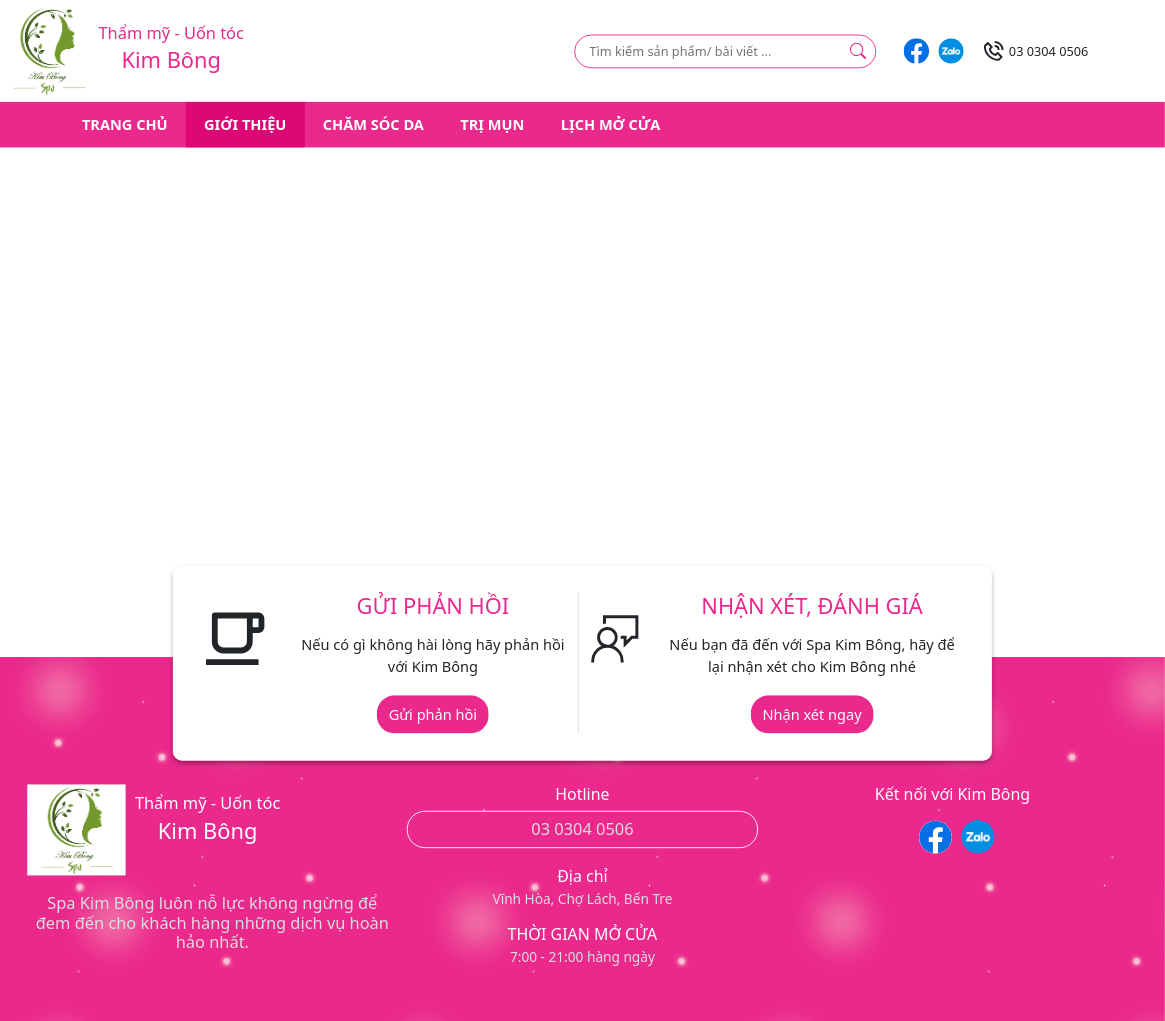
Repository: tranduykhuong/SpaKimBong
Page: /about
These files come from the project's save history. The page is drawn as it stood at one moment and after the next save; the edit follows.
The browser window is 1280 px wide. The pictures show the whole page, at 91% of full size.
The project was rebuilt for these pictures with package versions that can differ from the ones it lists, and the page was loaded fresh each time. Also part of the build but not shown: src/components/Header/Slider/slider.scss, src/components/Header/Slider/Slider.js, src/components/Header/ListImage/listImage.scss, src/components/Header/ListImage/ListImage.js, src/pages/Home/home.scss, src/pages/Home/ListImage/listImage.scss, src/pages/Home/ListImage/ListImage.js, src/pages/Home/BookOnline/bookOnl.scss and 6 more.

Above is the page before, as saved 2022-06-01 00:04:39.

After the next save:
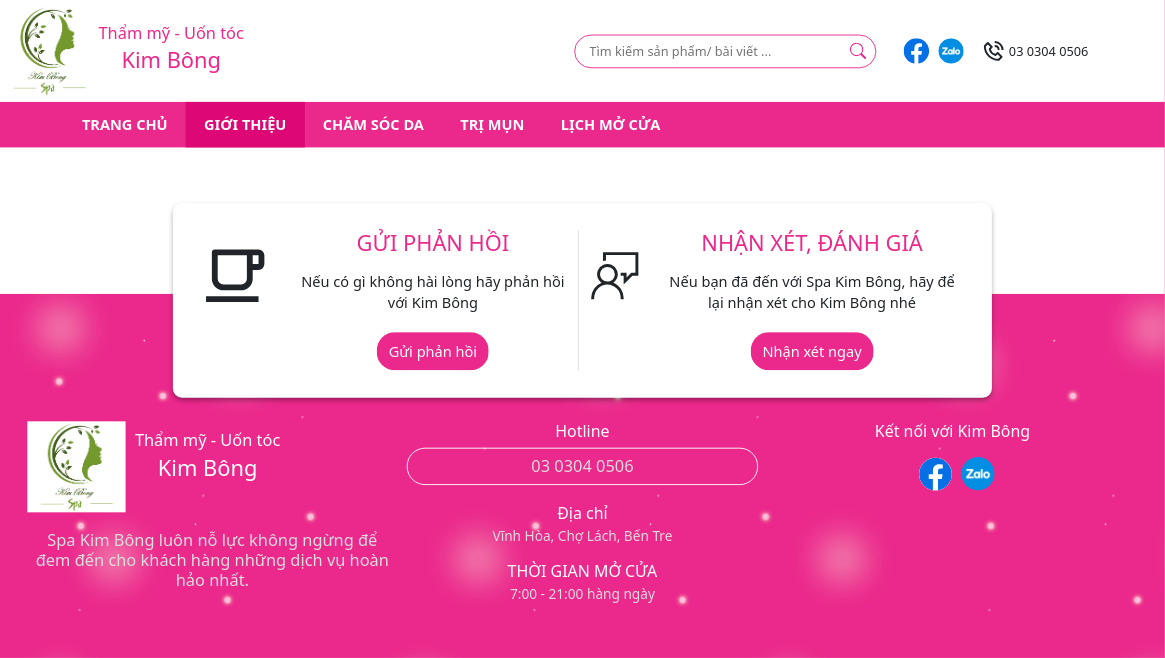
Saved 13 s later.
--- a/src/pages/About/About.js
+++ b/src/pages/About/About.js
@@ -5,7 +5,7 @@ import Footer from "./../../components/Footer/Footer";
 const About = () => {
   return (
     <div>
-      <div className="container">
+      <div className="container1">
         <div className="container-image">
           <img scr="https://i.pinimg.com/originals/2c/84/5a/2c845a66b8ad2a8aafd288bdc16cd459.jpg"></img>
         </div>

After the save that followed:
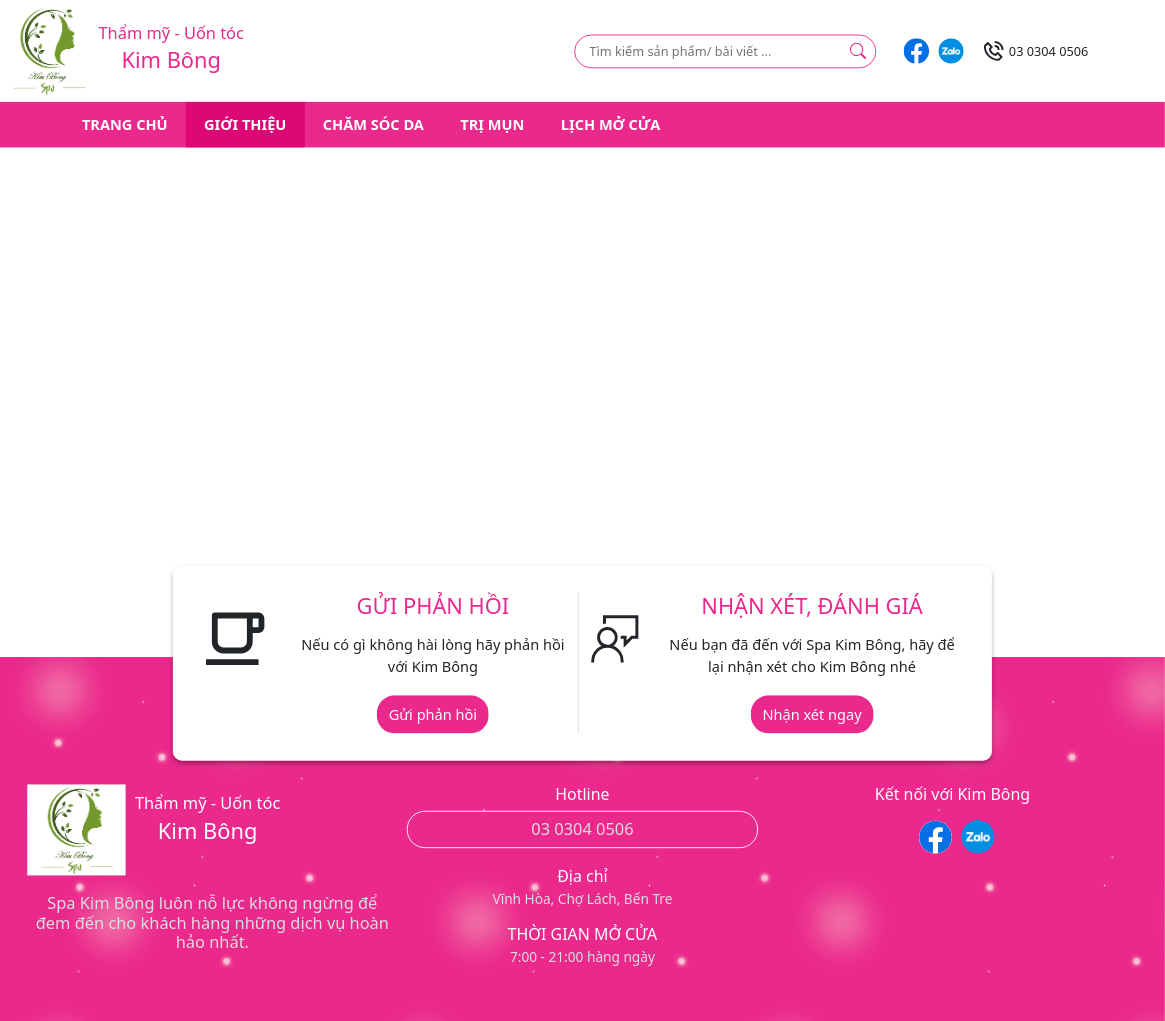
Saved 3 s later.
--- a/src/pages/About/About.scss
+++ b/src/pages/About/About.scss
@@ -1,4 +1,4 @@
-.container
+.container1
 {
     .container-image{
         width: 100%;
